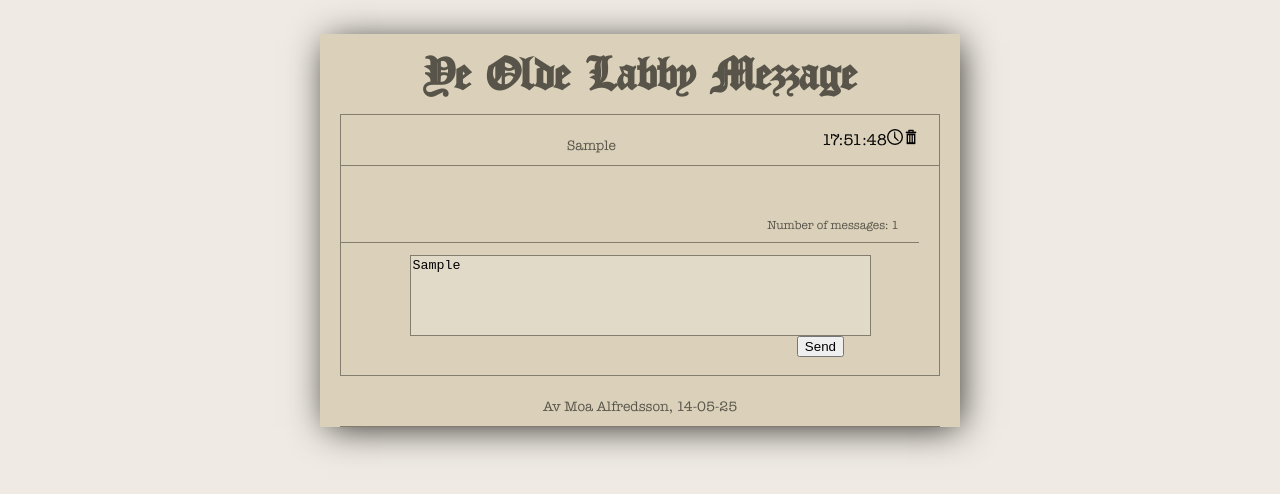
Repository: ma223md/1dv403-laborationer
Page: 2-labbymezzage/index.html
The author's editor kept a record of every edit. The page is drawn from the files as they stood at one moment, then again after the next edit.
The browser window is 1280 px wide. The pictures show the whole page.
Empty fields were first filled with sample values (such as "Sample", 5 or name@example.com).
After loading, the first visible `#button` was clicked once.

Above is the page before.

After the next edit:
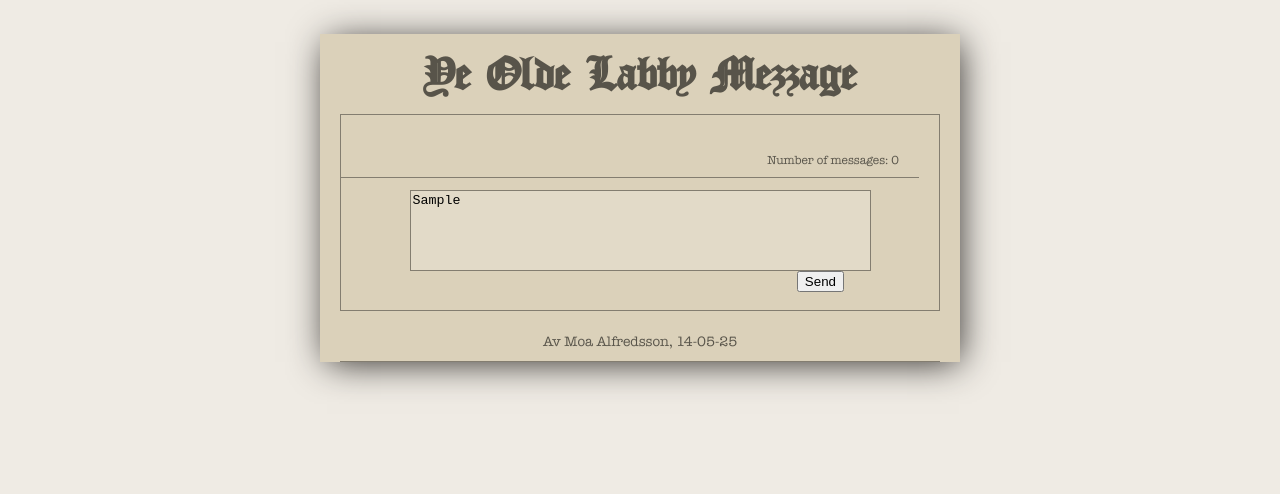
Console error: SyntaxError: Unexpected token 'return'
The edit:
--- a/2-labbymezzage/js/message.js
+++ b/2-labbymezzage/js/message.js
@@ -30,7 +30,7 @@
     Message.prototype.getDateText = function() {
         var currentDate = this.getDate(),
         //dateText = currentDate.toLocalTimeString();
-        dateText = currentDate.getHours() + ":" + currentDate.getMinutes() + ":" + currentDate.getSeconds();
+        //dateText = currentDate.getHours() + ":" + currentDate.getMinutes() + ":" + currentDate.getSeconds() + "  ";
 
         return dateText;
     };

After the 2 edits that followed:
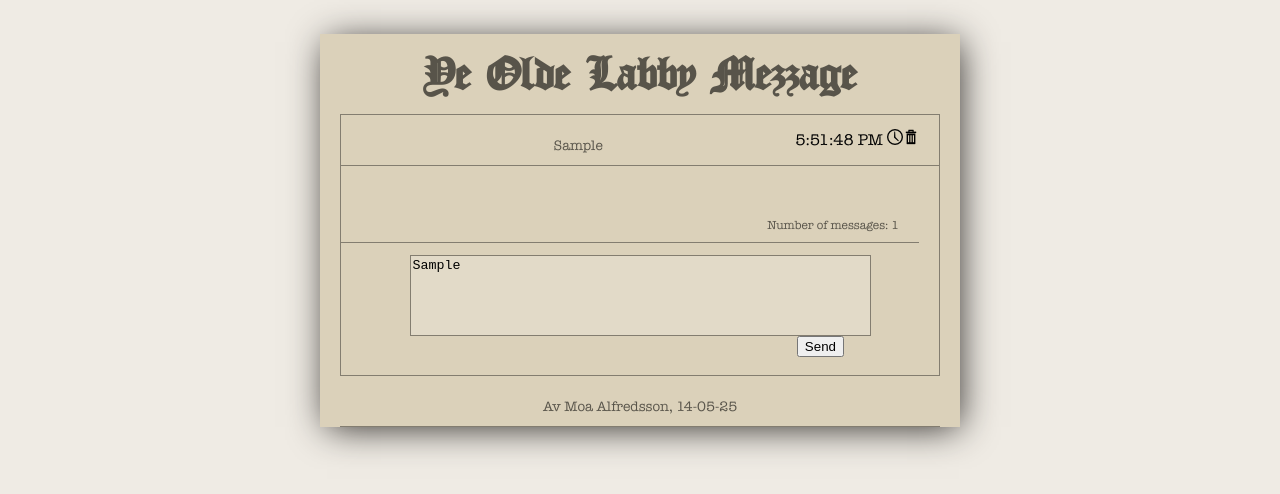
The error is gone.
The 2 edits are shown as one change because 1 left the picture as it was.
The edit:
--- a/2-labbymezzage/js/message.js
+++ b/2-labbymezzage/js/message.js
@@ -28,9 +28,5 @@
     };
 
     Message.prototype.getDateText = function() {
-        var currentDate = this.getDate(),
-        //dateText = currentDate.toLocalTimeString();
-        //dateText = currentDate.getHours() + ":" + currentDate.getMinutes() + ":" + currentDate.getSeconds() + "  ";
-
-        return dateText;
+        return this.getDate().toLocaleTimeString() + "  ";
     };
